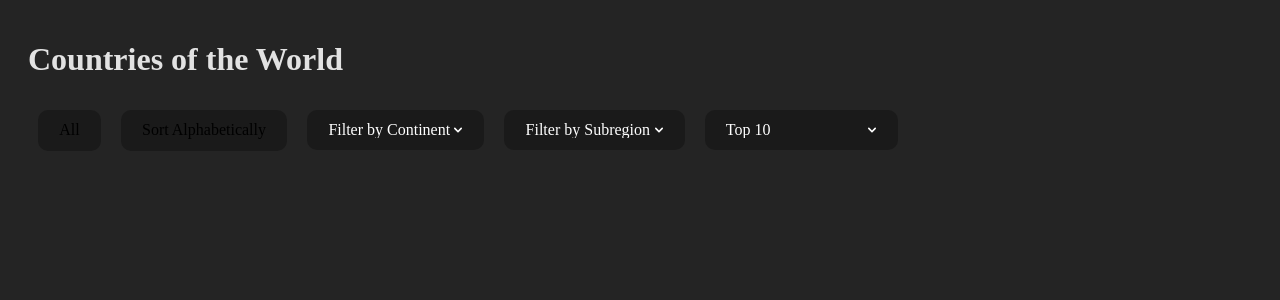
Repository: SandyLy453/comp-lab10
Page: /
These files come from the project's save history. The page is drawn as it stood at one moment and after the next save; the edit follows.
The browser window is 1280 px wide. The pictures show the whole page.
The page's requests for data from a server got no answer. The project was rebuilt for these pictures with package versions that can differ from the ones it lists, and the page was loaded fresh each time. No one was signed in, and anything a server would have sent is missing. Also part of the build but not shown: vite.config.js, src/components/Contry.jsx.

Above is the page before, as saved 2024-11-14 23:33:47.

After the next save:
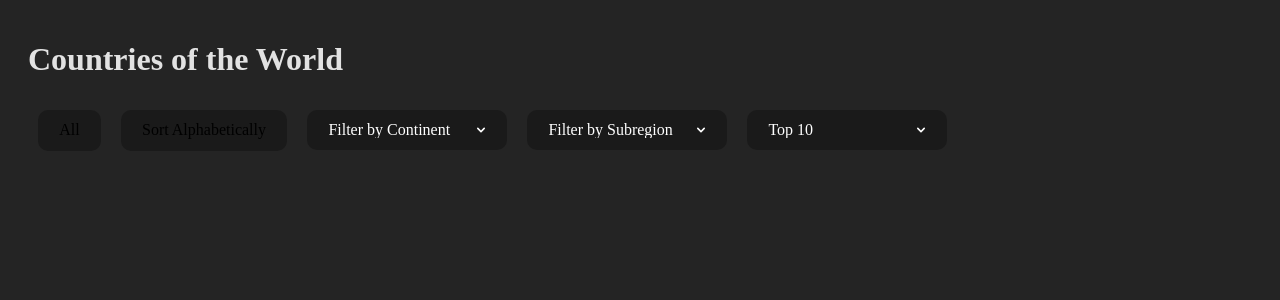
Saved 23 s later.
--- a/src/index.css
+++ b/src/index.css
@@ -55,6 +55,7 @@ select {
   font-size: 1em;
   font-family: inherit;
   margin: 10px;
+  min-width: 200px;
 }
 
 /* Custom arrow */
